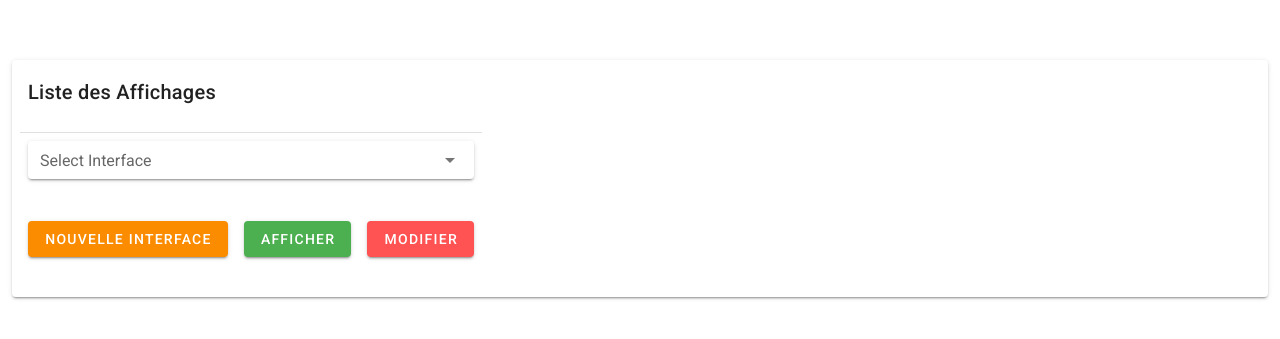
Repository: Hamagistral/BannerApp-Vue
Page: /#/
The author's editor kept a copy of each file at every save. The page is drawn from the files as they stood at one save, then again after the next save.
The browser window is 1280 px wide. The pictures show the whole page.
The project was rebuilt for these pictures with package versions that can differ from the ones it lists, and the page was loaded fresh each time. Also part of the build but not shown: vue.config.js, src/components/WidgetText.vue, src/components/WidgetImage.vue, src/components/DynamicPage.vue.

Above is the page before, as saved 2023-02-07 01:30:03.

After the next save:
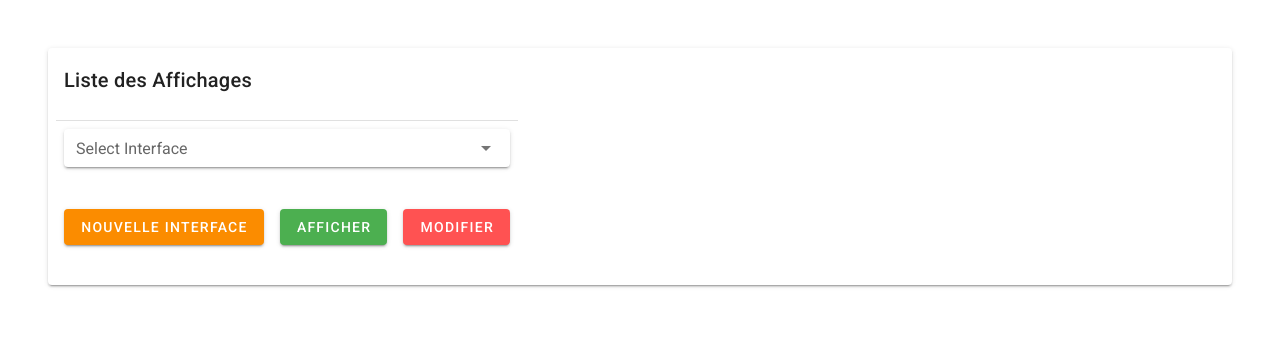
Saved 6 s later.
--- a/src/App.vue
+++ b/src/App.vue
@@ -1,7 +1,7 @@
 <template>
   <v-app>
     <v-main>
-      <v-container class="my-12" fluid>
+      <v-container class="pa-12" fluid>
         <router-view align="center" justify="center" ></router-view>
       </v-container>
     </v-main>
